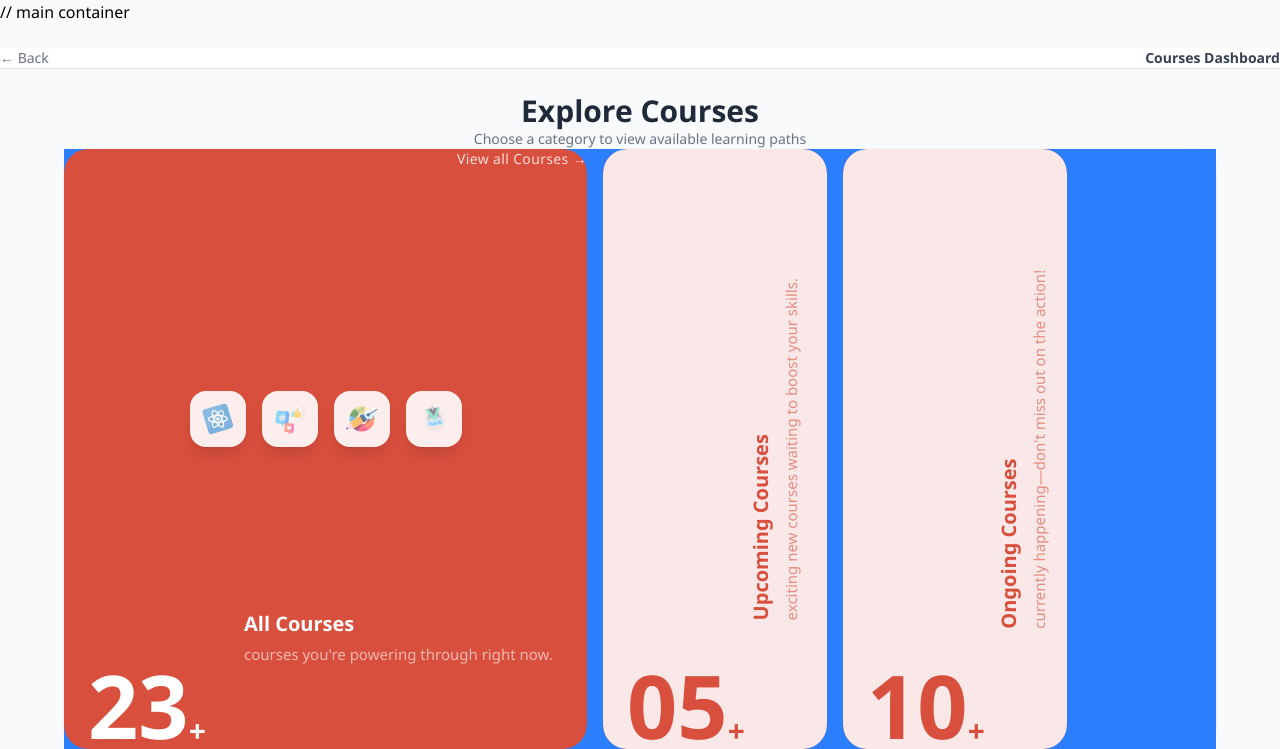
Repository: RahulRajKhadka/nextjs-dashboard-app
Page: /task2
These files come from the project's save history. The page is drawn as it stood at one moment and after a run of saves; the edit follows.
The browser window is 1280 px wide. The pictures show the whole page.
The project was rebuilt for these pictures with package versions that can differ from the ones it lists, and the page was loaded fresh each time. The framework's server and built-in components were replaced by stand-ins that run in the browser. Also part of the build but not shown: next.config.ts.

Above is the page before, as saved 2026-04-10 15:02:58.

After the next 3 saves:
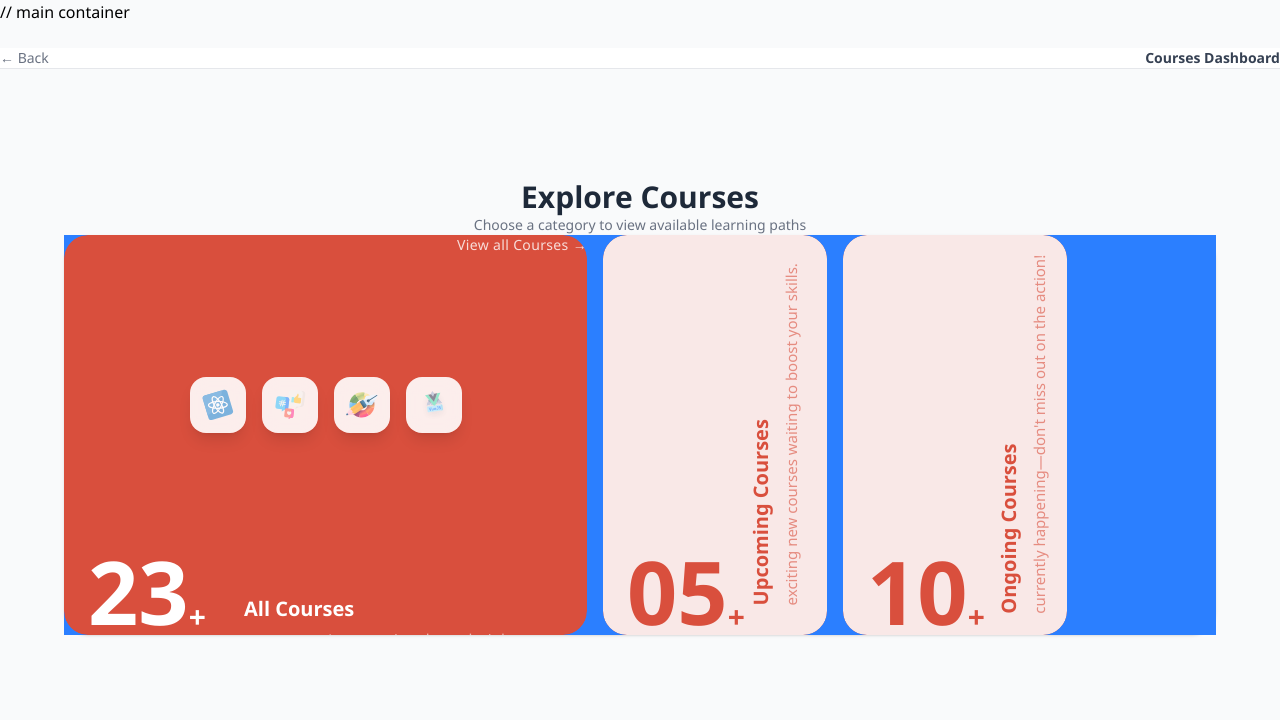
The 3 saves are shown as one change because 1 did not build or start and some came seconds apart.
The last was saved 18 s later.
--- a/src/components/task2/CourseCards.tsx
+++ b/src/components/task2/CourseCards.tsx
@@ -159,7 +159,7 @@
   };
 
   return (
-    <div ref={containerRef} className="flex gap-4 w-full p-8 bg-blue-500  max-h-[200px] md:max-h-[200px] lg:min-h-[600px] ">
+    <div ref={containerRef} className="flex gap-4 w-full p-8 bg-blue-500  max-h-[200px] md:max-h-[200px] lg:min-h-[400px] ">
       {courseCardsData.map((course, i) => (
         <div
           key={course.id}

After the save that followed:
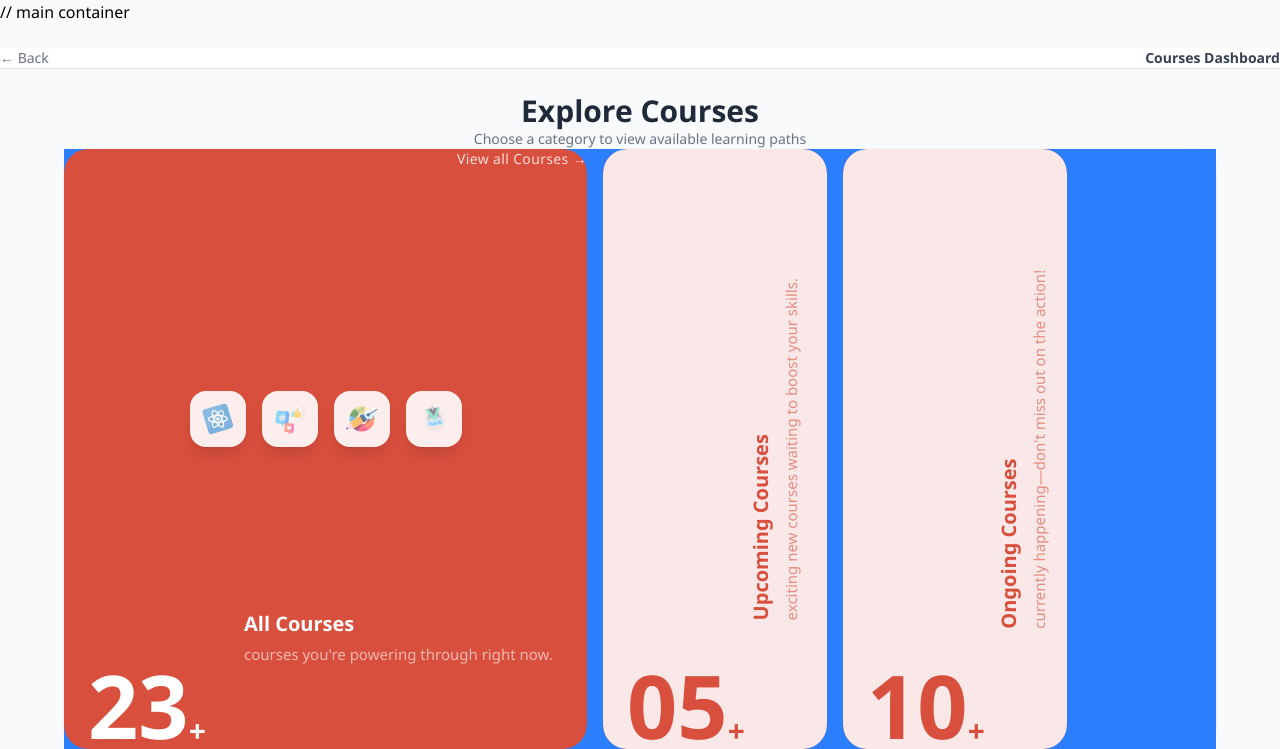
Saved 18 s later.
--- a/src/components/task2/CourseCards.tsx
+++ b/src/components/task2/CourseCards.tsx
@@ -159,7 +159,7 @@
   };
 
   return (
-    <div ref={containerRef} className="flex gap-4 w-full p-8 bg-blue-500  max-h-[200px] md:max-h-[200px] lg:min-h-[400px] ">
+    <div ref={containerRef} className="flex gap-4 w-full p-8 bg-blue-500  max-h-[200px] md:max-h-[200px] lg:min-h-[600px] ">
       {courseCardsData.map((course, i) => (
         <div
           key={course.id}
